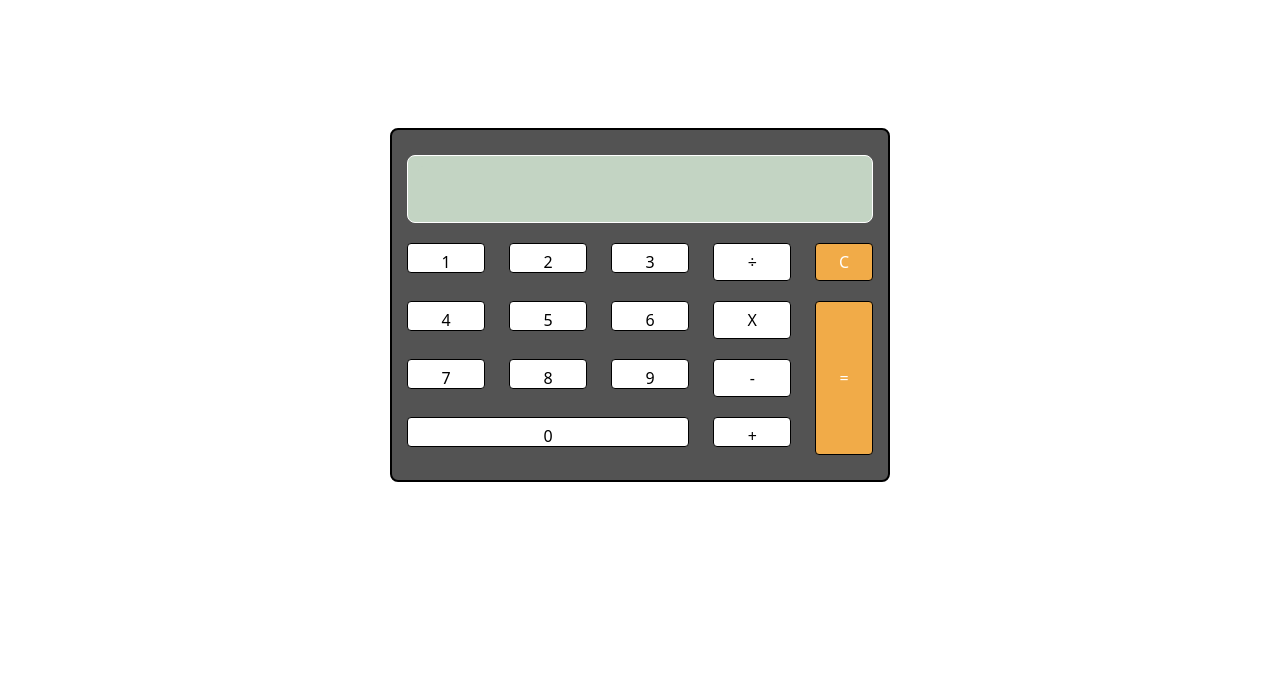
Repository: jsakdalan/CalculatorReactTypescript
Page: /
These files come from the project's save history. The page is drawn as it stood at one moment and after the next save; the edit follows.
The browser window is 1280 px wide. The pictures show the whole page.
The project was rebuilt for these pictures with package versions that can differ from the ones it lists, and the page was loaded fresh each time. Also part of the build but not shown: src/App.css.

Above is the page before, as saved 2022-06-07 17:26:39.

### src/App.tsx
import  Calculator from './pages/Calculator';
import './App.css';
import 'bootstrap/dist/css/bootstrap.min.css'

export default function App() {

  return(
    <Calculator/>
  )
}

### src/pages/Calculator.tsx
import React from 'react';
import Col from 'react-bootstrap/Col';
import Container from 'react-bootstrap/Container';
import Row from 'react-bootstrap/Row';
import Button from 'react-bootstrap/Button';
import InputGroup from 'react-bootstrap/InputGroup';
import FormControl from 'react-bootstrap/FormControl';
import './Calculator.css'

export default function TextEditor(){

    interface Screen{
        styling: string;
    }

    interface Buttons {
        styling: string;
        btnNumber: string;
    }

    const Screen = (props:Screen) => {
        return(
            <InputGroup size="lg" className={props.styling}>
                    <FormControl
      aria-label="Default"
      aria-describedby="inputGroup-sizing-default"
    />
            </InputGroup>
        )
    }

    const Buttons = (props:Buttons) => {
        return(
            <Button className={props.styling}>
                {props.btnNumber}
            </Button>
        )
    }

    return(
        <>
            <Container className="container">
                <Row>
                    <Col><Screen styling="screen"/></Col>
                </Row>
                <Row>
                    <Col md={10}>
                        <Row>
                            <Col md={12}>
                                <Row>
                                    <Col md={3}><Buttons styling="numerical" btnNumber="1"/></Col>
                                    <Col md={3}><Buttons styling="numerical" btnNumber="2"/></Col>
                                    <Col md={3}><Buttons styling="numerical" btnNumber="3"/></Col>
                                    <Col md={3}><Buttons styling="operational" btnNumber="&#247;"/></Col>
                                </Row>
                            </Col>
                            <Col md={12}>
                                <Row>
                                    <Col md={3}><Buttons styling="numerical" btnNumber="4"/></Col>
                                    <Col md={3}><Buttons styling="numerical" btnNumber="5"/></Col>
                                    <Col md={3}><Buttons styling="numerical" btnNumber="6"/></Col>
                                    <Col md={3}><Buttons styling="operational" btnNumber="X"/></Col>
                                </Row>
                            </Col>
                            <Col md={12}>
                                <Row>
                                    <Col md={3}><Buttons styling="numerical" btnNumber="7"/></Col>
                                    <Col md={3}><Buttons styling="numerical" btnNumber="8"/></Col>
                                    <Col md={3}><Buttons styling="numerical" btnNumber="9"/></Col>
                                    <Col md={3}><Buttons styling="operational" btnNumber="-"/></Col>
                                </Row>
                            </Col>
                            <Col md={12}>
                                <Row>
                                    <Col md={9}><Buttons styling="numerical" btnNumber="0"/></Col>
                                    <Col md={3}><Buttons styling="numerical" btnNumber="+"/></Col>
                                </Row>
                            </Col>
                        </Row>
                    </Col>
                    <Col md={2}>
                        <Row>
                            <Col>
                                <Row>
                                    <Col md={12}><Buttons styling="erase" btnNumber="C"/></Col>
                                    <Col md={12}><Buttons styling="equals" btnNumber="="/></Col>
                                </Row>
                            </Col>
                        </Row>
                    </Col>
                </Row>
            </Container>
        </>
    )
}

### src/pages/Calculator.css
.container{
    margin-top:10%;
    max-width: 500px!important;
    width: 400px;
    display: flex;
    flex-direction: column;
    border: 2px solid black;
    padding: 15px!important;
    border-radius: 8px;
    background-color: #535353;
}

.screen{
    width: 100%;
    padding: 10px;
    margin: 10px 0px 10px 0px;
    background-color: #c3d4c3;
    border-radius: 8px;
    border: 0.5px solid white;
}

.input-group>.form-control{
    position: relative;
    flex: 1 1 auto;
    width: 1%;
    background-color: #c3d4c3;
    min-width: 0;
    border: none;
}

.btn-primary{
    border:0.5px solid black!important;
}

.numerical{
    background-color: #ffffff!important;
    height: 30px;
    color: black!important;
    width: 100%;
    padding: 10px;
    margin: 10px 0px 10px 0px;
    background-color: #eeeeee;
}

.operational{
    background-color: #ffffff!important;
    color: black!important;
    width: 100%;
    padding: 10px;
    margin: 10px 0px 10px 0px;
}

.equals{
    background-color: #f1ab48!important;
    height: 154px;
    width: 100%;
    padding: 10px;
    margin: 10px 0px 10px 0px;
}

.erase{
    background-color: #f1ab48!important;
    width: 100%;
    padding: 10px;
    margin: 10px 0px 10px 0px;
}

Loaded but not shown: public/index.html (common file); src/index.tsx (common file); src/index.css (common file); src/reportWebVitals.ts (common file)

After the next save:
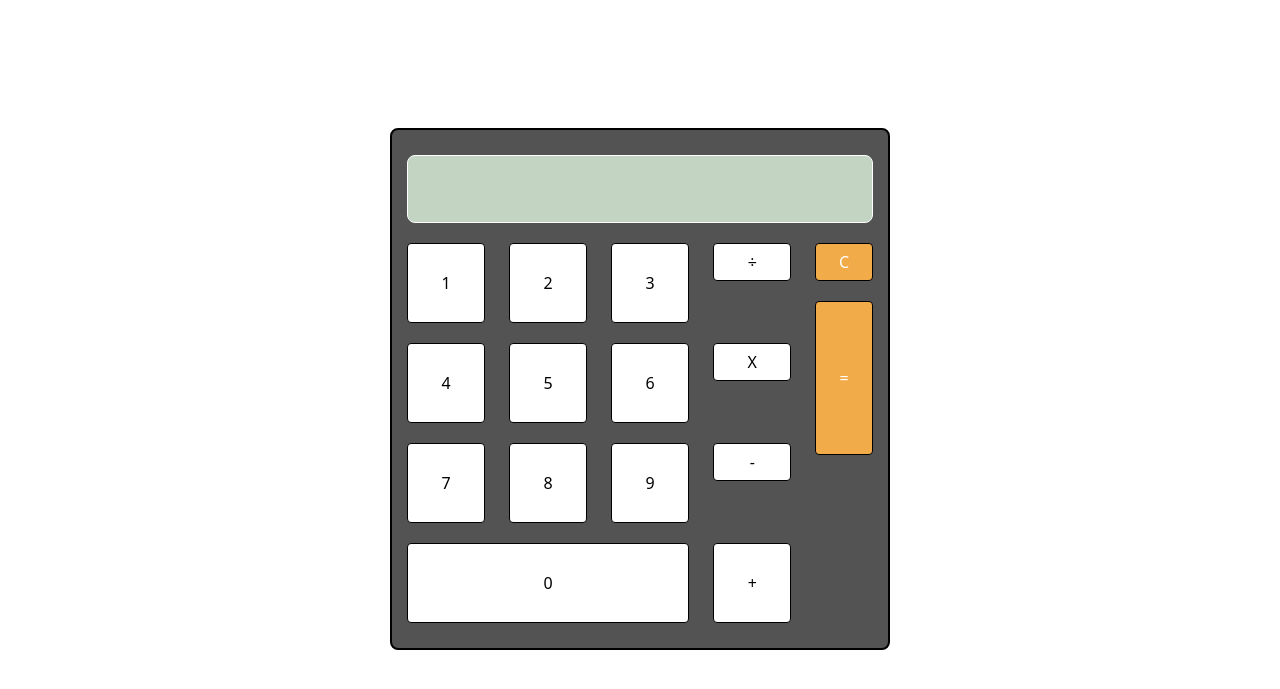
Saved 4 s later.
--- a/src/pages/Calculator.css
+++ b/src/pages/Calculator.css
@@ -34,7 +34,7 @@
 
 .numerical{
     background-color: #ffffff!important;
-    height: 30px;
+    height: 80px;
     color: black!important;
     width: 100%;
     padding: 10px;
